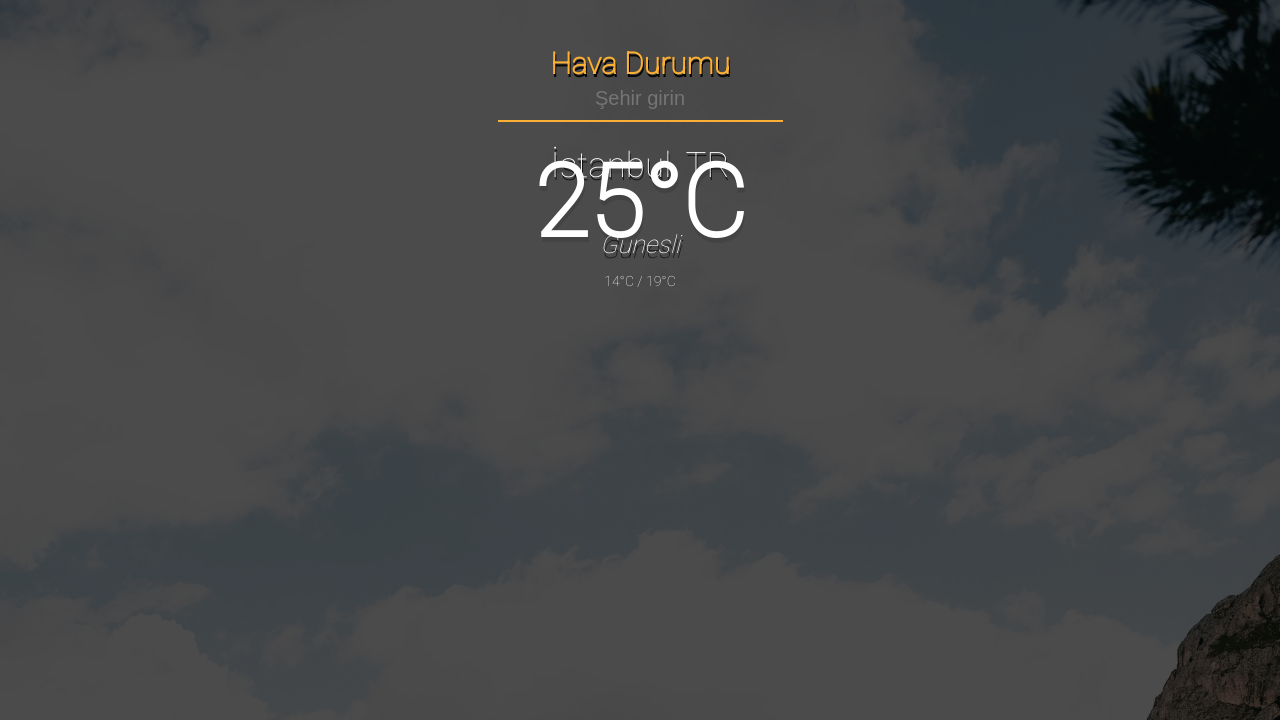
Repository: DogukanSAVA/havadurumu
Page: index.html
An editor plug-in stored every save of this project. The page is shown before and after the next save, followed by the edit.
The browser window is 1280 px wide. The pictures show the whole page.

Above is the page before, as saved 2021-09-16 12:11:08.

After the next save:
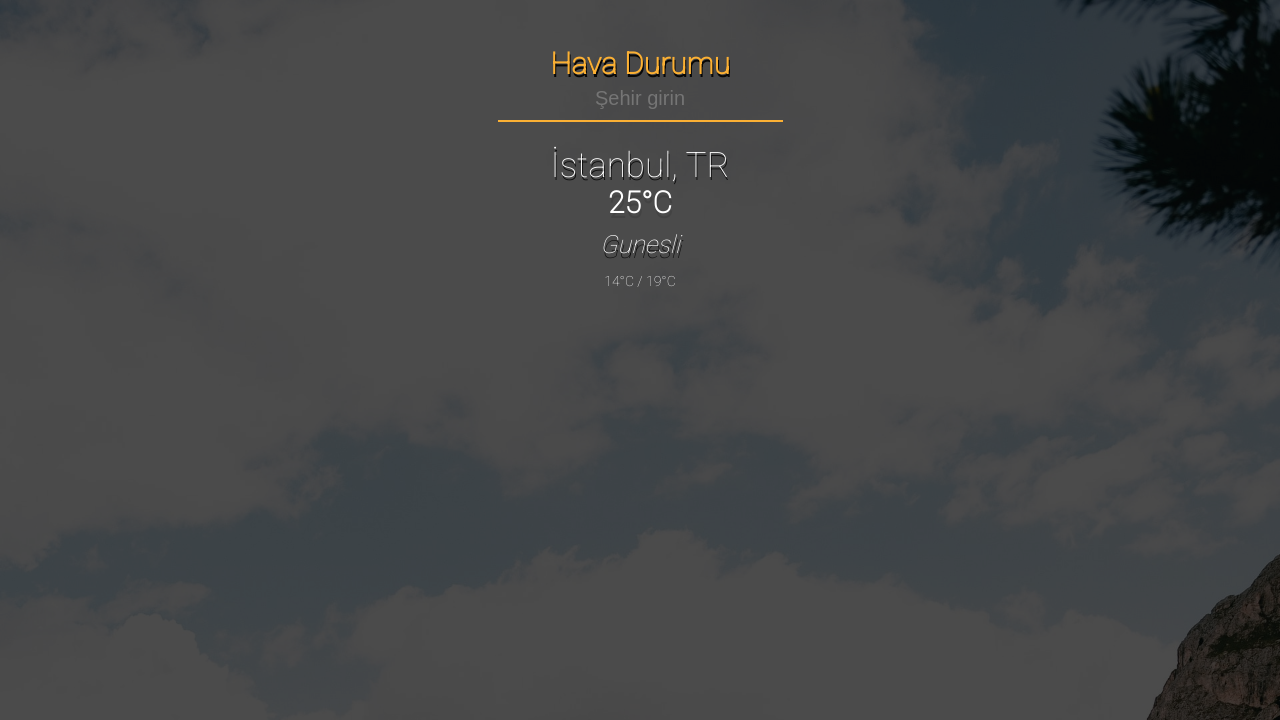
Saved 11 s later.
--- a/style.css
+++ b/style.css
@@ -56,7 +56,7 @@ body {
 }
 
 .temp {
-  font-size: 100px;
+  font-size: 30px;
   font-weight: 700;
   margin-bottom: 15px;
   text-shadow: 1px 5px rgba(0, 0, 0, 0.1);
